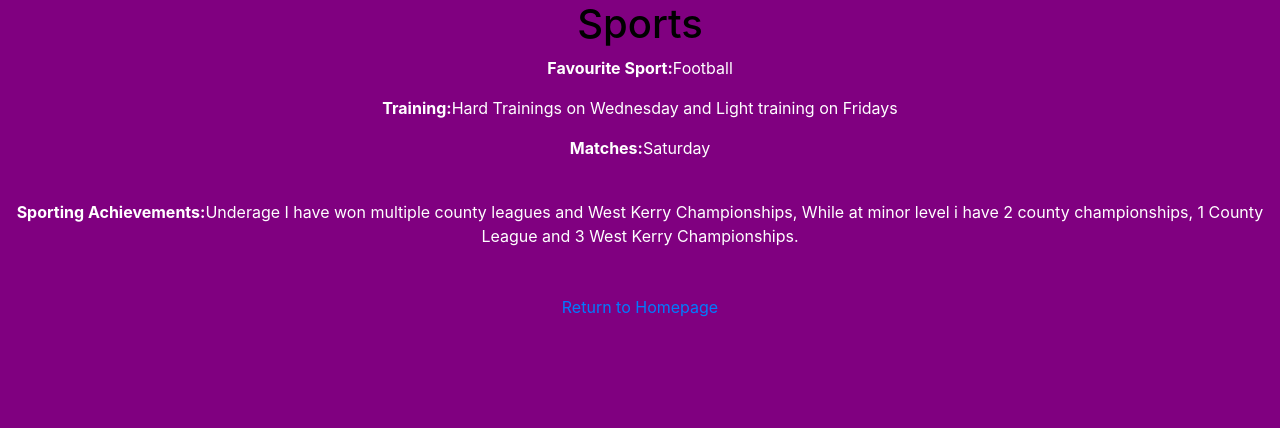
Repository: RuairiBrowne1/is1113117465942
Page: Interests/Sports.html
The author's editor kept a record of every edit. The page is drawn from the files as they stood at one moment, then again after the next edit.
The browser window is 1280 px wide. The pictures show the whole page.
Some web libraries are served in a nearby version.

Above is the page before.

### Interests/Sports.html
<!DOCTYPE html>
<html>
    <head>

       <!-- Title of my Tab -->
        <title>Sports</title>
        <link rel="stylesheet" href="../mystylesheet.css" type="text/css" />

        <!--Adding Bootstrap-->
        <link rel="stylesheet" href="https://maxcdn.bootstrapcdn.com/bootstrap/4.0.0/css/bootstrap.min.css" integrity="sha384-Gn5384xqQ1aoWXA+058RXPxPg6fy4IWvTNh0E263XmFcJlSAwiGgFAW/dAiS6JXm" crossorigin="anonymous">
        <script src="https://code.jquery.com/jquery-3.2.1.slim.min.js" integrity="sha384-KJ3o2DKtIkvYIK3UENzmM7KCkRr/rE9/Qpg6aAZGJwFDMVNA/GpGFF93hXpG5KkN" crossorigin="anonymous"></script>
        <script src="https://cdnjs.cloudflare.com/ajax/libs/popper.js/1.12.9/umd/popper.min.js" integrity="sha384-ApNbgh9B+Y1QKtv3Rn7W3mgPxhU9K/ScQsAP7hUibX39j7fakFPskvXusvfa0b4Q" crossorigin="anonymous"></script>
        <script src="https://maxcdn.bootstrapcdn.com/bootstrap/4.0.0/js/bootstrap.min.js" integrity="sha384-JZR6Spejh4U02d8jOt6vLEHfe/JQGiRRSQQxSfFWpi1MquVdAyjUar5+76PVCmYl" crossorigin="anonymous"></script>
    </head>

    <!--Using CSS to style the webpage-->
     <style>
     body {background-color: purple;}
     h1 {color: black;}
     p {color: white;}
     </style>

    <body>

        <!-- Page Heading -->
        <h1 class="mainheading">Sports</h1>

        <!-- Code used to make the information clear -->
      <center>  <p><strong>Favourite Sport:</strong>Football</p>
        <p><strong>Training:</strong>Hard Trainings on Wednesday and Light training on Fridays</p>
        <p><strong>Matches:</strong>Saturday</p>
        <br>
        <p><strong>Sporting Achievements:</strong>Underage I have won multiple county leagues and West Kerry Championships, While at minor level i have 2 county championships, 1 County League and 3 West Kerry Championships.</p>
        </center>
        <!-- Buttons to navigate the webpage -->
        <br>
    <center><a href="../homepage.html" class="btn btn-green">Return to Homepage</a></center>
    </body>

</html>

### mystylesheet.css
*{
    margin:0;
}


.mainheading{
    text-align: center;
}

#maintext{
    height: 100%;
    margin-top: 10%;
    font-family: helvetica;
    font-size: 65px;
    font-weight: 500;
    color: #E4E4E4;
}

html,body{
    height:100%;
    width:100%;
    background-image: url("");

}


body {
        background-color : purple;
        height:100%;
        width:100%;
}
 h1 {
        color: black;
        text-align: center;

}

#section3 {
    color: black;
        text-align: center;

}

 p {
        color: black;

}
a button {
        color:red;
        border-radius:50%;
        position:absolute;
        top:80%;

}


#nav{
    width: 110%;
    height: 7.5%;
    background-size: cover;
    position: fixed;
    z-index: 2;
}

#nav_wrapper{
    font-family: helvetica;
    font-size: 125%;
    height: 100%;
    width: 110%;
    background: #525252;
    margin-left:-10px;
    margin-right: 10px;
    margin-top: -8px;
    opacity: 0.65;
}

#nav_wrapper ul li {
    margin-right: 2%;
    list-style: none;
    display: inline;
    font-weight: bold;
    padding: 30px;
}

#nav_wrapper a{
    color: white;
    text-decoration: none;

}

#nav_wrapper ul li:hover{
    background: #94D5F1;
    transition:all 1s;
}

marquee {
    position:absolute;
    top:30%;
    color:Black;
}

After the next edit:
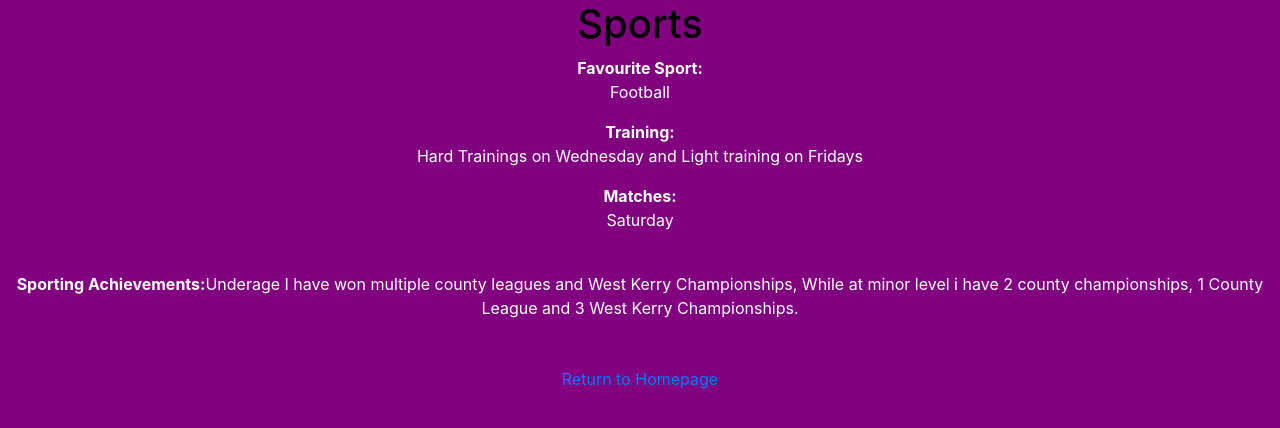
The edit:
--- a/Interests/Sports.html
+++ b/Interests/Sports.html
@@ -26,9 +26,9 @@
         <h1 class="mainheading">Sports</h1>
 
         <!-- Code used to make the information clear -->
-      <center>  <p><strong>Favourite Sport:</strong>Football</p>
-        <p><strong>Training:</strong>Hard Trainings on Wednesday and Light training on Fridays</p>
-        <p><strong>Matches:</strong>Saturday</p>
+      <center>  <p><strong>Favourite Sport:<br></strong>Football</p>
+        <p><strong>Training:<br></strong>Hard Trainings on Wednesday and Light training on Fridays</p>
+        <p><strong>Matches:<br></strong>Saturday</p>
         <br>
         <p><strong>Sporting Achievements:</strong>Underage I have won multiple county leagues and West Kerry Championships, While at minor level i have 2 county championships, 1 County League and 3 West Kerry Championships.</p>
         </center>
